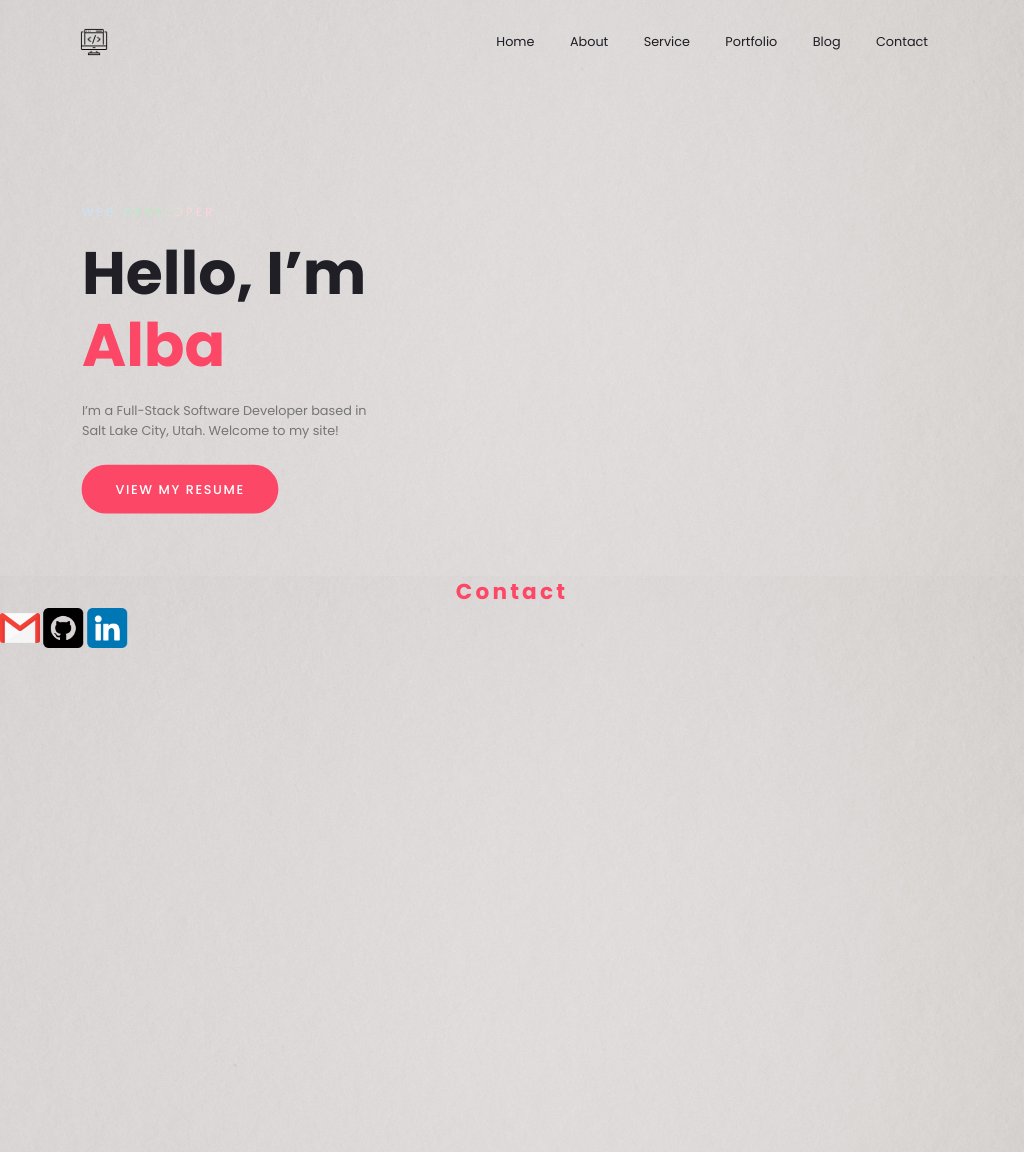
Repository: pilar122/port
Page: index.html
The author's editor kept a copy of each file at every save. The page is drawn from the files as they stood at one save, then again after the next save.
The browser window is 1280 px wide. The pictures show the whole page, at 80% of full size.

Above is the page before, as saved 2022-01-29 17:04:02.

### index.html
<!DOCTYPE html>
<html lang="en">
<head>
    <meta charset="UTF-8">
    <title>Personal Portfolio Website</title>
    <!----CSS link----->
    <link rel="stylesheet" href="style.css">
</head>
<body>
    <div class="hero">
        <nav>
            <img src="./img/coding.png" class="logo">
            <ul>
                <li><a href="#">Home</a></li>
                <li><a href="#">About</a></li>
                <li><a href="#">Service</a></li>
                <li><a href="#">Portfolio</a></li>
                <li><a href="#">Blog</a></li>
                <li><a href="#contact">Contact</a></li>
            </ul>

        </nav>
        <div class="content">
            <span class="title">Web Developer</span>
            <h1>Hello, I’m <span>Alba</span></h1>
            <p>I’m a Full-Stack Software Developer based in Salt Lake City, Utah. Welcome to my site!</p>
            <a href="https://docs.google.com/document/d/1-5NqQs53X55snoyWaPBF-iuk-xL4VE2I0psmDuApD5Q/edit?usp=sharing" class="btn"> View my Resume</a>
        </div>
    </div>
    <section class="contact">
        <div class="section-title" id="contact">
            <h2>Contact</h2>
        </div>

        <div class="text">
            <ul>
                <a href="mailto:aurorapilarte@gmail.com">
                    <img src="/Users/albapilarte/Desktop/port/img/gmail.png" class="center1" width="50" height="50">
                </a>
                  <a href="https://github.com/pilar122/">
                    <img src="/Users/albapilarte/Desktop/port/img/github.png" width="50" height="50">
                  </a>
                  <a href="https://www.linkedin.com/in/alba-pilarte-8590471b7/">
                    <img src="/Users/albapilarte/Desktop/port/img/linkedin.png" width="50" height="50">
                  </a>
            </ul>
        </div>
    </section>
</body>
</html>

### style.css
@import url('https://fonts.googleapis.com/css2?family=Poppins:wght@400;500;600;700&display=swap');
*{
    margin: 0;
    padding: 0;
    box-sizing: border-box;
    font-family: 'Poppins', sans-serif;
}
a{
    text-decoration: none;
}
.hero{
    width: 100%;
    height: 100vh;
    background: url(img/bg1.jpg);
    background-size: cover;
}
nav{
    display: flex;
    align-items: center;
    justify-content: space-between;
    padding: 30px 100px;
}
.logo{
    max-height: 35px;
}
nav ul li{
    list-style: none;
    display: inline-block;
    padding: 10px 20px;
}
nav ul li a{
    color: #1d1d24;
    position: relative;
    padding: 5px 0;
}
nav ul li a:hover{
    color: #fd4766;
}
nav ul li a:after{
    content: "";
    position: absolute;
    left: 0;
    width: 0;
    height: 3px;
    background: #fd4766;
    transition: .3s;
    bottom: 0;
}
nav ul li a:hover:after{
    width: 100%;
}
.btn{
    color: #fff;
    font-size: 16px;
    text-transform: uppercase;
    letter-spacing: 2px;
    padding: 16px 40px;
    border-radius: 500px;
    display: inline-block;
    font-weight: 500;
    transition: all .4s ease-in-out;
    background-size: 152% 100%;
    background: #fd4766;
    border: 2px solid #fd4766;
}
.btn:hover{
    background: transparent;
    border-color: #fd4766;
    color: #fd4766;
}
.content{
    position: absolute;
    top: 35%;
    left: 8%;
}
.content .title{
    color: #1f1f25;
    font-size: 15px;
    text-transform: uppercase;
    letter-spacing: 4px;
    display: inline-block;
    margin-bottom: 20px;
    background: linear-gradient(120deg, #cae1f3 20.69%, #b0f1b8 50.19%,#fdd5dc 79.69%);
    -webkit-background-clip: text;
    -webkit-text-fill-color: transparent;
}
.content h1{
    color: #1f1f25;
    font-size: 75px;
    font-weight: 900;
    line-height: 90px;
    text-transform: inherit;
    width: 70%;
}
.content h1 span{
    color: #fd4766;
}
.content p{
    width: 55%;
    color: #757575;
    margin-top: 25px;
    margin-bottom: 30px;
}
.contact .section-title{
    color: #fd4766;
    text-align: center;
    font-size: large;
    letter-spacing: 4px;
}
.contact{
    width: 100%;
    height: 100vh;
    background: url(img/bg1.jpg);
    background-size: cover;
}

After the next save:
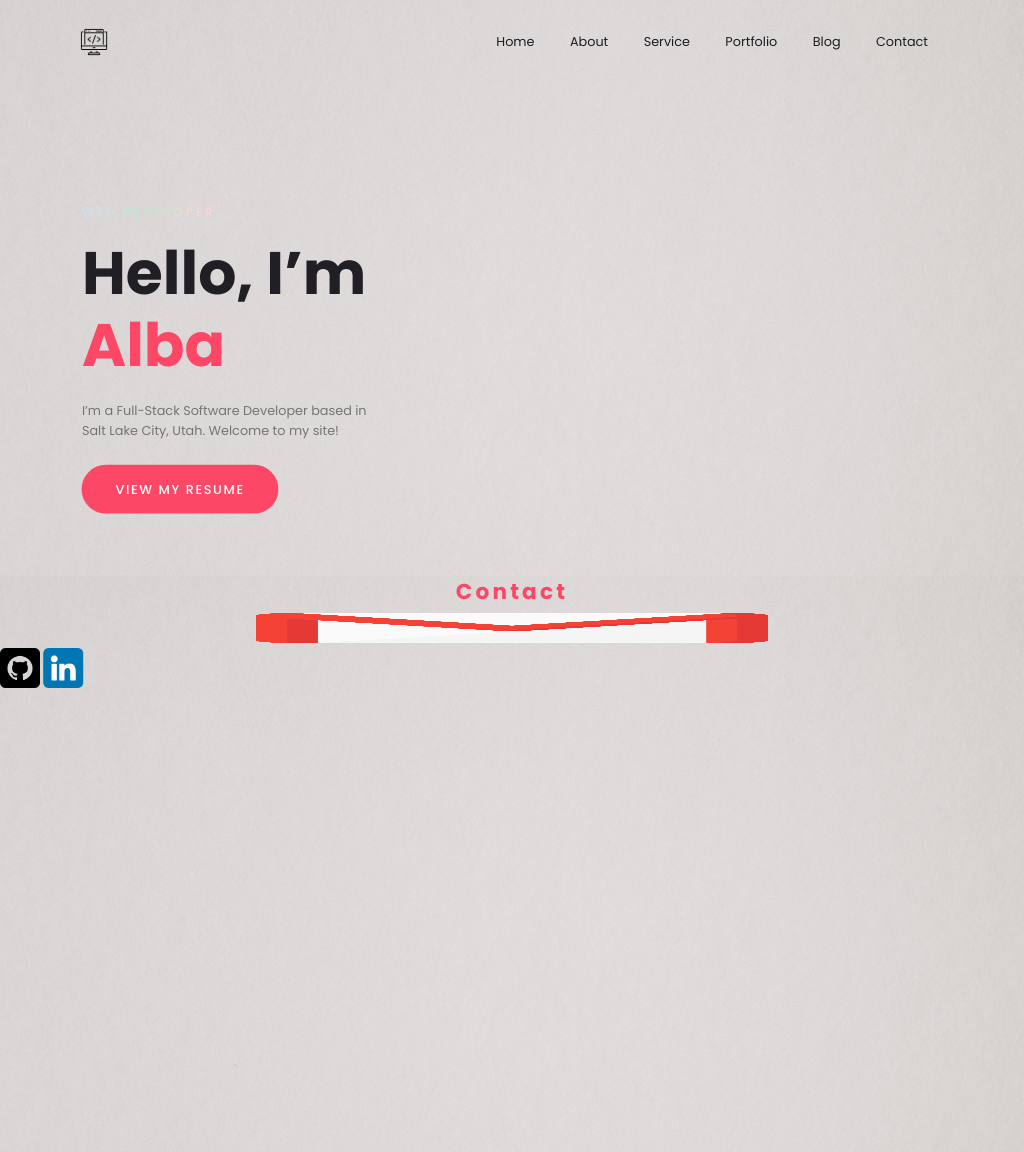
Saved 29 s later.
--- a/style.css
+++ b/style.css
@@ -113,3 +113,9 @@ nav ul li a:hover:after{
     background: url(img/bg1.jpg);
     background-size: cover;
 }
+.center1 {
+    display: block;
+  margin-left: auto;
+  margin-right: auto;
+  width: 50%;
+}
